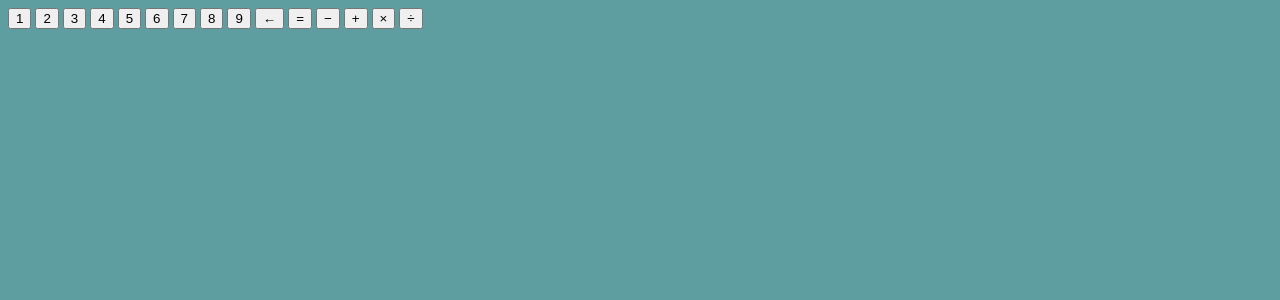
Repository: jontslater/LAB-calculator2
Page: index.html
An editor plug-in stored every save of this project. The page is shown before and after the next save, followed by the edit.
The browser window is 1280 px wide. The pictures show the whole page.

Above is the page before, as saved 2023-10-10 21:04:56.

After the next save:
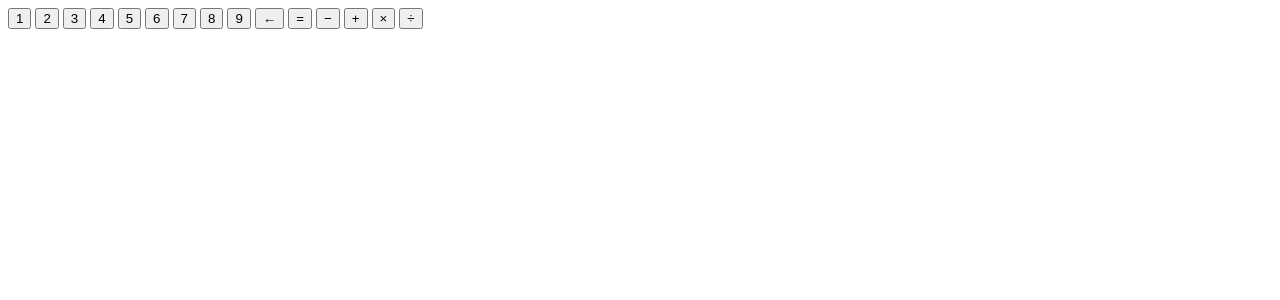
Saved 4 min 20 s later.
--- a/main.css
+++ b/main.css
@@ -1,7 +1,5 @@
-body{
-  background-color: cadetblue;
-}
-
-.wrapper{
- width: 400;
-}
+.max-width {
+  max-width: 400px;
+  margin-left: auto;
+  margin-right: auto;
+  border: 3px solid #73AD21;
